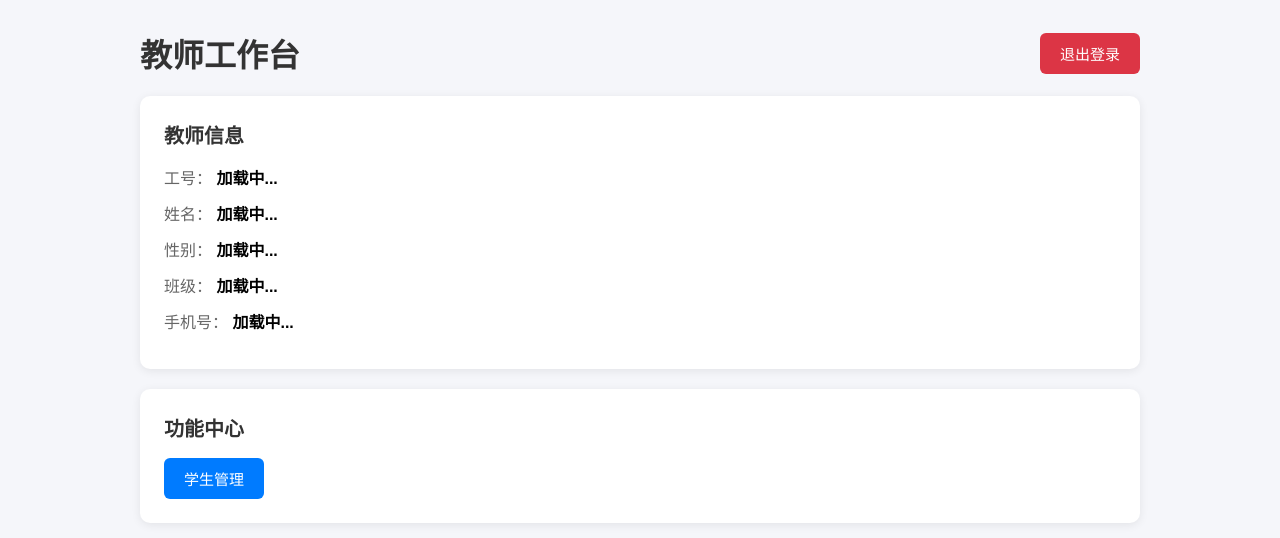
Repository: Nikawali/StudentManage
Page: src/main/webapp/teacherHome.html
An editor plug-in stored every save of this project. The page is shown before and after the next save, followed by the edit.
The browser window is 1280 px wide. The pictures show the whole page.
The page's requests for data from a server got no answer.

Above is the page before, as saved 2026-06-07 23:17:05.

After the next save:
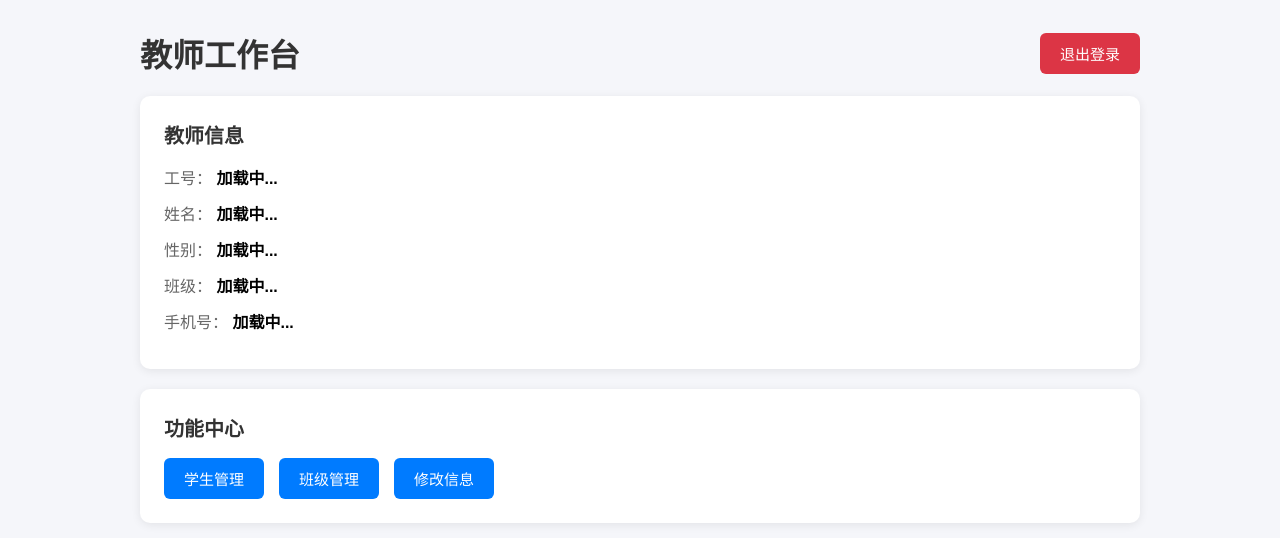
Saved 12 h 45 min later.
--- a/src/main/webapp/teacherHome.html
+++ b/src/main/webapp/teacherHome.html
@@ -83,20 +83,33 @@
 
     <h2>功能中心</h2>
 
-    <div class="btn-group">
-
-        <button
-                id="studentManageBtn"
-                class="btn primary">
-
-            学生管理
-
-        </button>
-
-
-        </button>
-
-    </div>
+<div class="btn-group">
+
+    <button
+            id="studentManageBtn"
+            class="btn primary">
+
+        学生管理
+
+    </button>
+
+    <button
+            id="classManageBtn"
+            class="btn primary">
+
+        班级管理
+
+    </button>
+
+    <button
+            id="editTeacherBtn"
+            class="btn primary">
+
+        修改信息
+
+    </button>
+
+</div>
 
 </div>
 
@@ -232,6 +245,26 @@ document
             "login.html";
     };
 
+    document
+    .getElementById(
+        "classManageBtn"
+    )
+    .onclick = function(){
+
+        location.href =
+            "class.html";
+    };
+
+document
+    .getElementById(
+        "editTeacherBtn"
+    )
+    .onclick = function(){
+
+        location.href =
+            "teacherEdit.html";
+    };
+
 
 }
 
